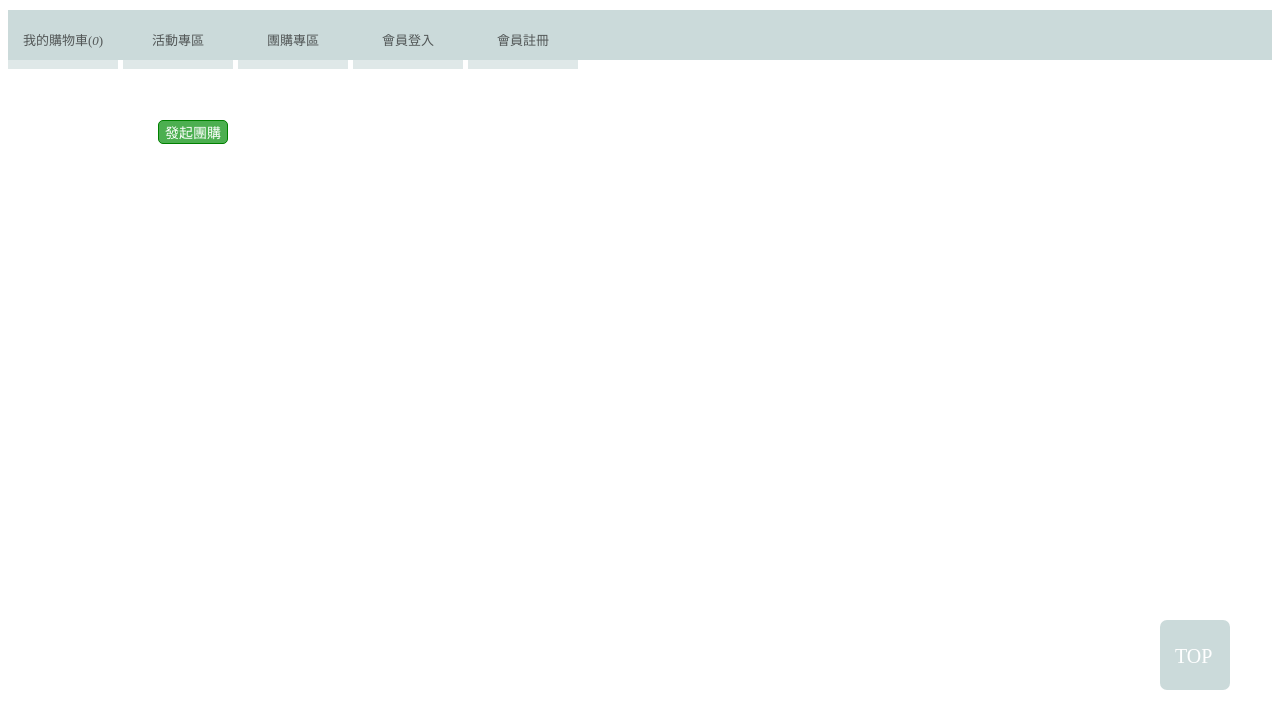
Repository: irlmpbfhvf2009/2021-09-17-Pro2-MVC
Page: http://localhost/Hw2Test/src/main/WebContent/Intelligence32.jsp
The author's editor kept a copy of each file at every save. The page is drawn from the files as they stood at one save, then again after the next save.
The browser window is 1280 px wide. The pictures show the whole page.
The page is served by Tomcat 9. Other server files are loaded and not shown. Queries for data that is not in the repository find no rows.

Above is the page before, as saved 2021-09-16 17:26:50.

### Hw2Test/src/main/WebContent/Intelligence32.jsp
<%@ page language="java" contentType="text/html; charset=UTF-8"
    pageEncoding="UTF-8"%>
<%@ taglib uri="http://java.sun.com/jsp/jstl/sql" prefix="sql" %>
<%@ taglib uri="http://java.sun.com/jsp/jstl/core" prefix="c" %>
<sql:setDataSource var="ds" dataSource="jdbc/EmployeeDB" />
<sql:query sql="select * from GrouponProduct where state='T'" var="rs" dataSource="${ds}" />
<!DOCTYPE html>
<html>
<head>
<meta charset="UTF-8">
<title>團購情報</title>
<link rel="stylesheet" href="style.css">
<style>
ul{
  margin: 10px 0;
  padding: 0px;
  list-style: none;
}

ul.dropdown{
  position: relative;
  width: 100%;
}

ul.dropdown li{
  font-weight: bold;
  float: left;
  width: 110px;
  position: relative;
  background: #ecf0f1;
  opacity:0.6;
  margin-right:5px;
}


ul.dropdown a:hover{
  color: #000;
}


ul.dropdown li a {
  display: block;
  padding: 20px 8px;
  color: rgb(3, 0, 0);
  position: relative;
  z-index: 2000;
  text-align: center;
  text-decoration: none;
  font-weight: 350;
  font-size:small;
}

ul.dropdown li a:hover,
ul.dropdown li a.hover{
  background: #3498db;
  position: relative;
  color: #fff;
}


ul.dropdown ul{
 display: none;
 position: absolute;
  width: 180px;
  z-index: 1000;
}

ul.dropdown ul li {
  font-weight: normal;
  background: #f6f6f6;
  color: #000;
  border-bottom: 1px solid #ccc;
}

ul.dropdown ul li a{
  display: block;
  color: #34495e !important;
  background: #eee !important;
}

ul.dropdown ul li a:hover{
  display: block;
  background: #3498db !important;
  color: #fff !important;
}

ul.dropdown ul li a i{
		color:red;
}
.drop > a{
  position: relative;
}</style>
</head>
<body>
 <!--    <nav>
        <a href="TotalHome.jsp">回首頁</a>
        <a href="Intelligence32.jsp">團購情報</a>
        <a href="Manage.jsp">管理</a>
        <a href="">會員中心</a>
        <form action="./ProServlet" method="post" style="display:inline;">
        <input type="text" placeholder="搜尋" name="seach">
        <input type="submit" name="seachbtn" value="搜尋"></form>
    </nav>-->

     <nav>
<ul class="dropdown">
        	<li ><a href="index.jsp" >我的購物車(<i id="ccount">0</i>)</a>

        	</li>
        	<li ><a href="main.html">活動專區</a>

        	</li>
        	<li ><a href="Intelligence32.jsp">團購專區</a>

        	</li>
        	<li><a href="UserLogin.jsp">會員登入</a>
        	</li>
 			<li><a href="Form.jsp">會員註冊</a>
        	</li>
        </ul>
</nav>

    <div class="divlist">
    <a href="Manage-add.jsp"><input class="sgbtn" type="button" value="發起團購"></a><br><br>
    <c:forEach var="row" items="${rs.rows}">
    <a href="Intelligence-product.jsp?id=${row.id}"><img style="width:150px;float:left;margin-right:20px;" src="data:[embedded picture, 2734 characters]"></a>
    <a href="Intelligence-product.jsp?id=${row.id}"><span>${row.productName}</span></a><br>
    <span class="newpriceShow">${row.newprice}</span>元
    (原價<span class="priceShow">${row.price}</span>元
    ,<span class="newpriceShow">${row.discount}</span>折)<br><br>
    剩餘數量 ${row.quantity}<br>
    上架日 ${row.date}  截止日 ${row.deadline}
    <br><br>
    <hr>
    </c:forEach>
    </div>
        <div class="box">
        <a href="#">TOP</a>
    </div>
</body>
</html>

### Hw2Test/src/main/WebContent/style.css
@charset "UTF-8";
.sgbtn {
	background-color: #4CAF50;
	border: 1px solid green;
	border-radius: 5px;
	color: white;
	text-align: center;
	display: inline-block;
	font-size: 14px;
	cursor: pointer;
	}
nav{
	background-color: rgb(203, 218, 218);
	background: rgb(203, 218, 218);
	height:50px;
	margin:0 auto;
	padding:0 auto;
	}
nav a {color: black;
	text-decoration: none;
	display: inline-block;
	padding: 6px 20px;
	font-size: 26px;
	background: rgb(203, 218, 218);
	transition: 0.5s;
	}
	nav a img{
		width:85px;
	}
nav a:hover {
	background: rgb(203, 218, 218);
	}
.divform {
	margin:0 auto;margin-top: 50px;
	padding:30px;
	border: 3px solid rgb(111, 108, 108);
    border-radius: 10px;
    border-collapse: collapse;
	width: 400px;
	}
.divlist {
	margin-left:100px;
	margin-top: 10px;
	padding: 50px;
	width: 800px;
	height: 100px;
	font-size:20px;
}

.newpriceShow{
	font-size:22px;color:red;
	}
.priceShow{
	color:red;
	font-size:20px;
	text-decoration:line-through;
	}
.bor{
	width:600px
	}
.spanText {
	font-size: 3px;
	color: silver;
}

table {
	margin: auto;
	margin-top: 50px;
}

th, td {
	border: 1px solid;
	background-color: rgb(191, 216, 206);
	text-align: center;

}

.box {
            border-radius: 10%;
            background: rgb(203, 218, 218);
            position: fixed;
            right: 50px;
            bottom: 30px;
            z-index: 2;
        }

        .box a {
            display: block;
            width: 70px;
            height: 70px;
            padding: 25px 15px;
            font-size: 20px;
            text-decoration: none;
            color: white;
        }
        * {
            box-sizing: border-box;
        }

After the next save:
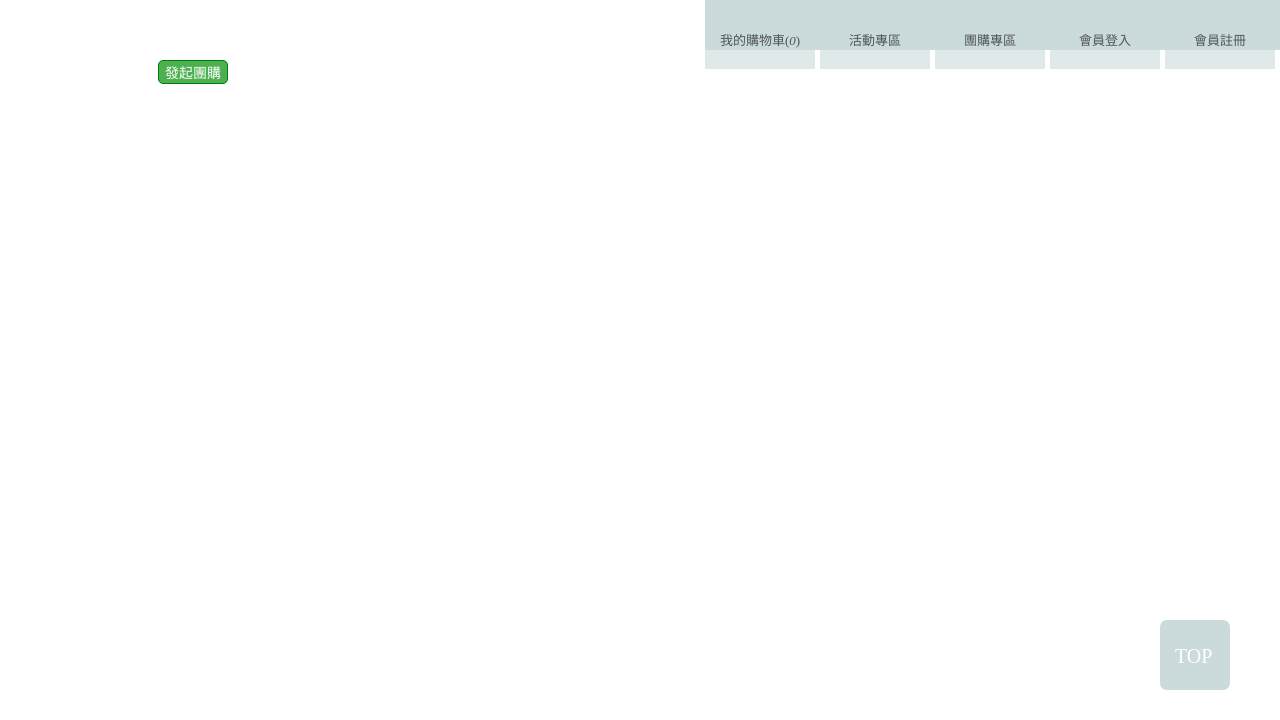
Saved 24 s later.
--- a/Hw2Test/src/main/WebContent/Intelligence32.jsp
+++ b/Hw2Test/src/main/WebContent/Intelligence32.jsp
@@ -89,6 +89,13 @@ ul.dropdown ul li a i{
 }
 .drop > a{
   position: relative;
+}
+nav{
+ 	float:right;
+ 	position: fixed;
+ 	 top:0;
+ 	 right:0;
+ 	 z-index: 6000;
 }</style>
 </head>
 <body>
